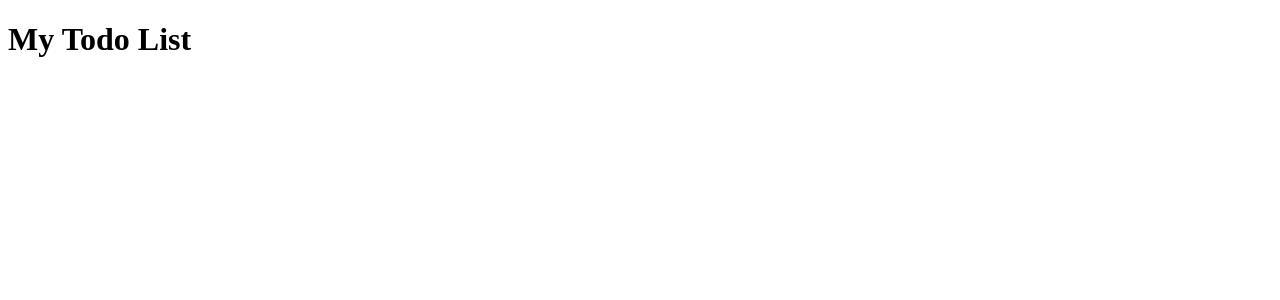
Repository: LuisMiLR/JavaScript-Todo-List
Page: index.html
These files come from the project's save history. The page is drawn as it stood at one moment and after the next save; the edit follows.
The browser window is 1280 px wide. The pictures show the whole page.

Above is the page before, as saved 2023-05-01 12:55:37.

After the next save:
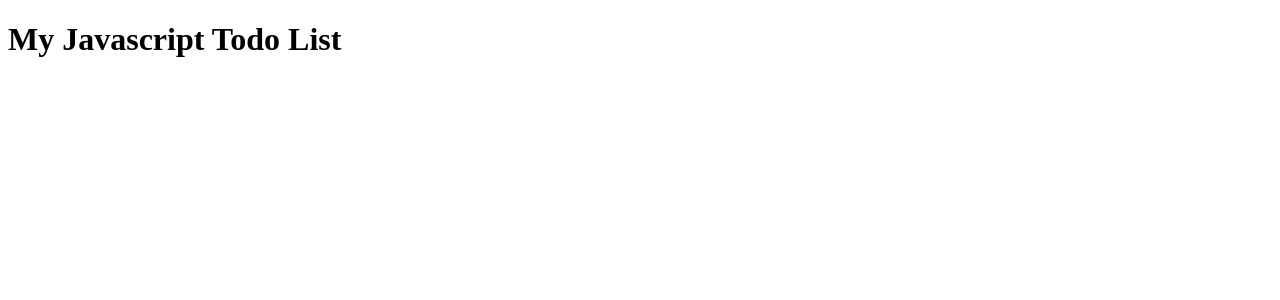
Saved 7 min 33 s later.
--- a/index.html
+++ b/index.html
@@ -12,7 +12,7 @@
 <body>
 
     <header>
-        <h1>My Todo List </h1>
+        <h1>My Javascript Todo List </h1>
     </header>
 
 
